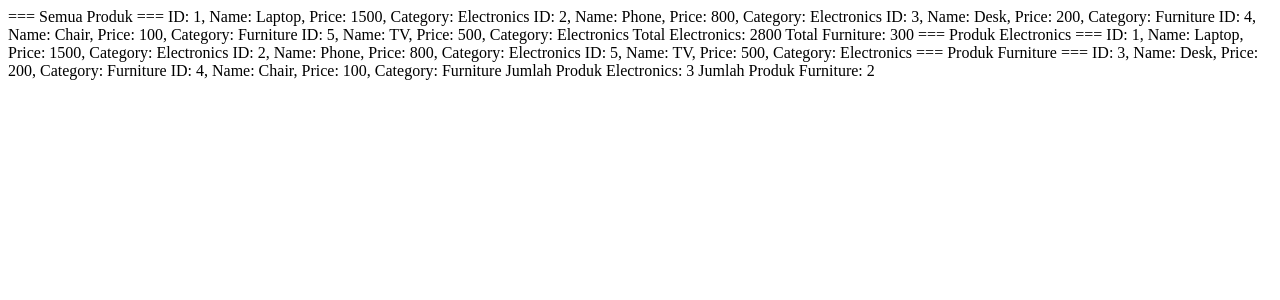
Repository: ramaID/demo-hari-1
Page: http://localhost/main_before.php
An editor plug-in stored every save of this project. The page is shown before and after the next save, followed by the edit.
The browser window is 1280 px wide. The pictures show the whole page.
The page is run by PHP 8.4 with error messages shown; the project is at /var/www/html/.

Above is the page before, as saved 2024-12-10 12:54:58.

After the next save:
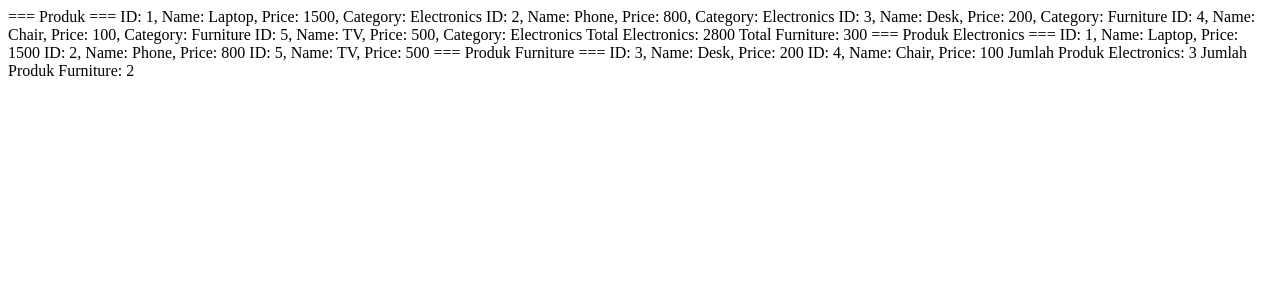
Saved 107 s later.
--- a/main_before.php
+++ b/main_before.php
@@ -2,61 +2,82 @@
 
 // Data produk
 $products = [
-    ['id' => 1, 'name' => 'Laptop', 'price' => 1500, 'category' => 'Electronics'],
-    ['id' => 2, 'name' => 'Phone', 'price' => 800, 'category' => 'Electronics'],
+    [
+        'id' => 1,
+        'name' => 'Laptop',
+        'price' => 1500,
+        'category' => 'Electronics'
+    ],
+    [
+        'id' => 2,
+        'name' => 'Phone',
+        'price' => 800,
+        'category' => 'Electronics',
+    ],
     ['id' => 3, 'name' => 'Desk', 'price' => 200, 'category' => 'Furniture'],
     ['id' => 4, 'name' => 'Chair', 'price' => 100, 'category' => 'Furniture'],
     ['id' => 5, 'name' => 'TV', 'price' => 500, 'category' => 'Electronics'],
 ];
 
-// Fungsi untuk menampilkan produk
-function displayProducts($title, $products)
-{
-    echo "=== $title ===\n";
-    foreach ($products as $product) {
-        echo "ID: {$product['id']}, Name: {$product['name']}, Price: {$product['price']}, Category: {$product['category']}\n";
+// Tampilkan semua produk
+echo "=== Produk ===\n";
+foreach ($products as $product) {
+
+    echo "ID: {$product['id']}, Name: {$product['name']}, Price: {$product['price']}, Category: {$product['category']}\n";
+}
+
+// Hitung total harga kategori Electronics
+$totalElectronics = 0;
+foreach ($products as $product) {
+    if ($product['category'] === 'Electronics') {
+
+        $totalElectronics += $product['price'];
     }
 }
+echo "Total Electronics: $totalElectronics\n";
 
-// Fungsi untuk menghitung total harga berdasarkan kategori
-function calculateTotalPriceByCategory($products, $category)
-{
-    return array_reduce($products, function ($total, $product) use ($category) {
-        return $product['category'] === $category ? $total + $product['price'] : $total;
-    }, 0);
+// Hitung total harga kategori Furniture
+$totalFurniture = 0;
+foreach ($products as $product) {
+    if ($product['category'] === 'Furniture') {
+        $totalFurniture += $product['price'];
+    }
+}
+echo "Total Furniture: $totalFurniture\n";
+
+// Filter produk kategori Electronics
+$electronicsProducts = [];
+foreach ($products as $product) {
+    if ($product['category'] === 'Electronics') {
+        $electronicsProducts[] = $product;
+    }
+}
+echo "=== Produk Electronics ===\n";
+foreach ($electronicsProducts as $product) {
+    echo "ID: {$product['id']}, Name: {$product['name']}, Price: {$product['price']}\n";
 }
 
-// Fungsi untuk memfilter produk berdasarkan kategori
-function filterProductsByCategory($products, $category)
-{
-    return array_filter($products, fn($product) => $product['category'] === $category);
+// Filter produk kategori Furniture
+$furnitureProducts = [];
+foreach ($products as $product) {
+    if ($product['category'] === 'Furniture') {
+        $furnitureProducts[] = $product;
+    }
+}
+echo "=== Produk Furniture ===\n";
+foreach ($furnitureProducts as $product) {
+    echo "ID: {$product['id']}, Name: {$product['name']}, Price: {$product['price']}\n";
 }
 
-// Fungsi untuk menghitung jumlah produk berdasarkan kategori
-function countProductsByCategory($products, $category)
-{
-    return count(filterProductsByCategory($products, $category));
+// Tampilkan jumlah produk per kategori
+$electronicsCount = 0;
+$furnitureCount = 0;
+foreach ($products as $product) {
+    if ($product['category'] === 'Electronics') {
+        $electronicsCount++;
+    } elseif ($product['category'] === 'Furniture') {
+        $furnitureCount++;
+    }
 }
-
-// Tampilkan semua produk
-displayProducts("Semua Produk", $products);
-
-// Hitung total harga per kategori
-$totalElectronics = calculateTotalPriceByCategory($products, 'Electronics');
-$totalFurniture = calculateTotalPriceByCategory($products, 'Furniture');
-echo "Total Electronics: $totalElectronics\n";
-echo "Total Furniture: $totalFurniture\n";
-
-// Tampilkan produk berdasarkan kategori
-$electronicsProducts = filterProductsByCategory($products, 'Electronics');
-$furnitureProducts = filterProductsByCategory($products, 'Furniture');
-
-displayProducts("Produk Electronics", $electronicsProducts);
-displayProducts("Produk Furniture", $furnitureProducts);
-
-// Tampilkan jumlah produk per kategori
-$electronicsCount = countProductsByCategory($products, 'Electronics');
-$furnitureCount = countProductsByCategory($products, 'Furniture');
-
 echo "Jumlah Produk Electronics: $electronicsCount\n";
 echo "Jumlah Produk Furniture: $furnitureCount\n";
